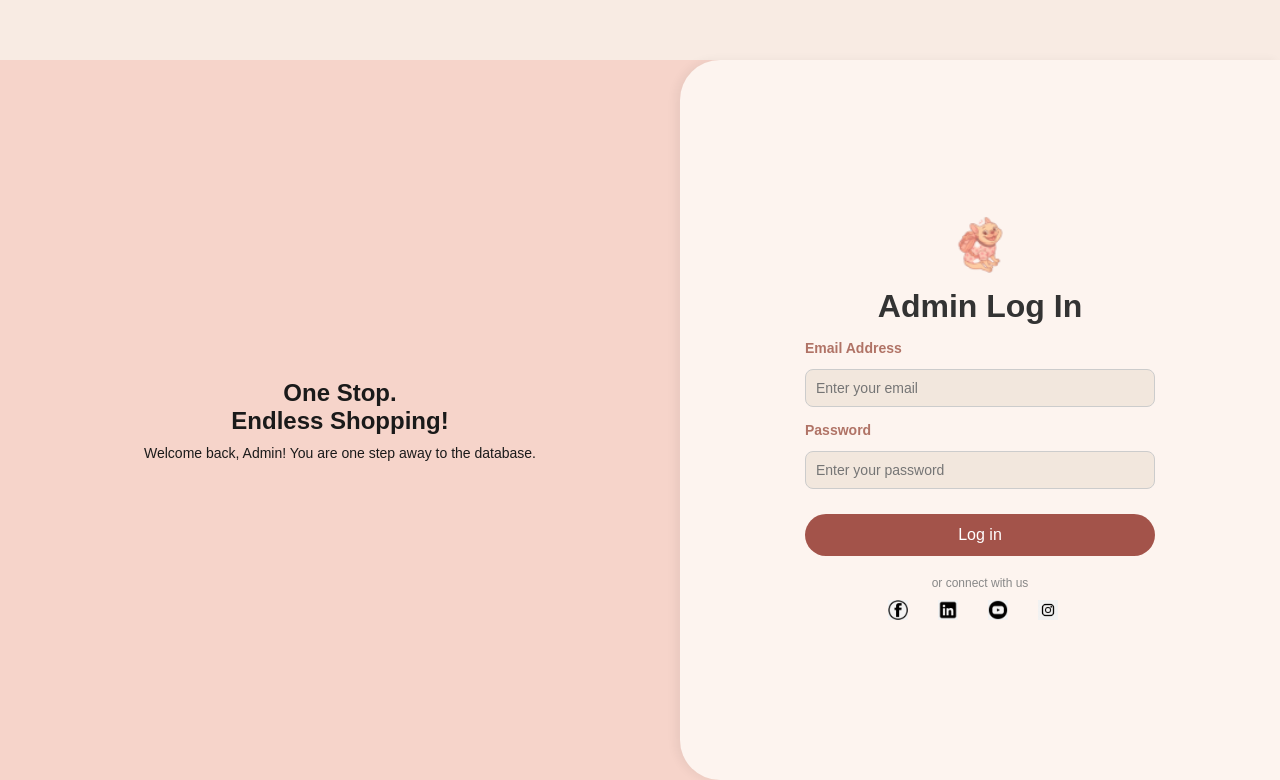
Repository: Yanayana-p/Bullgoods
Page: /adminlogin (app in Bullgoodiez/)
An editor plug-in stored every save of this project. The page is shown before and after the next save, followed by the edit.
The browser window is 1280 px wide. The pictures show the whole page.
Some web fonts or font styles are not loaded; a fallback is used. The project was rebuilt for these pictures with package versions that can differ from the ones it lists, and the page was loaded fresh each time. Also part of the build but not shown: Bullgoodiez/vite.config.js, Bullgoodiez/src/components/Navbar.css, Bullgoodiez/src/components/Navbar.jsx, Bullgoodiez/src/components/Home.jsx, Bullgoodiez/src/components/Developers.css, Bullgoodiez/src/components/Developers.jsx, Bullgoodiez/src/components/Mission1.css, Bullgoodiez/src/components/Mission1.jsx and 22 more.

Above is the page before, as saved 2025-05-18 22:31:11.

After the next save:
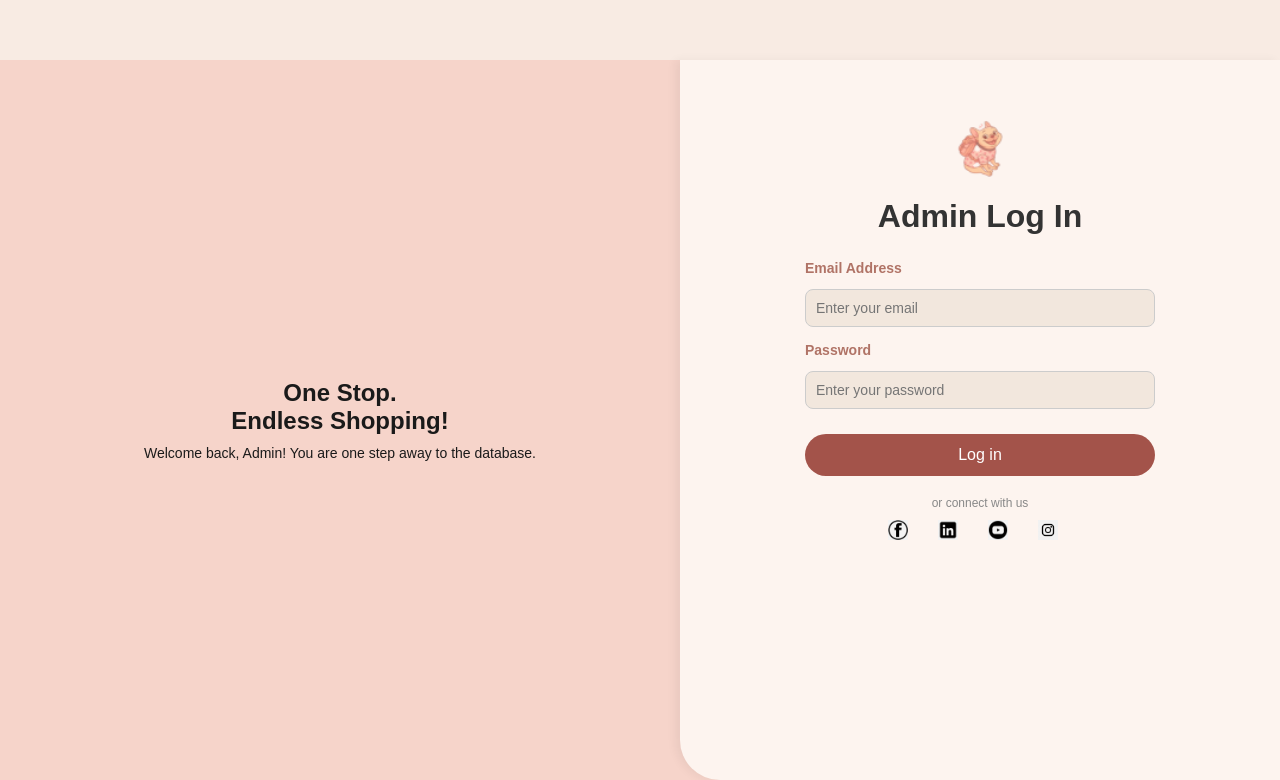
Saved 2 min 51 s later.
--- a/Bullgoodiez/src/adminlogin/alogin.css
+++ b/Bullgoodiez/src/adminlogin/alogin.css
@@ -3,6 +3,8 @@
   height: 100vh;
   background-color: #f6d4ca;
   font-family: 'Arial', sans-serif;
+  margin: 0;
+  padding: 0;
 }
 
 .admin-left-panel {
@@ -28,19 +30,24 @@
 .admin-right-wrapper {
   flex: 1;
   display: flex;
-  align-items: center;
+  align-items: flex-start; /* Align to top */
   justify-content: center;
-  background-color: #fdf4ef;
-  border-top-left-radius: 40px;
-  border-bottom-left-radius: 40px;
-  box-shadow: -5px 0 10px rgba(0, 0, 0, 0.05);
+  background-color: transparent; /* No background here */
+  position: relative;
 }
 
 .admin-right-panel {
-  background: none;
-  width: 80%;
-  max-width: 350px;
-  text-align: center;
+  margin-top: 0;
+  background-color: #fdf4ef;
+  border-bottom-left-radius: 40px; /* Rounded only at bottom */
+  height: 100%;
+  width: 100%;
+  max-width: 600px;
+  padding: 60px 40px;
+  box-shadow: -5px 0 10px rgba(0, 0, 0, 0.05);
+  display: flex;
+  flex-direction: column;
+  align-items: center;
 }
 
 .logo {
@@ -48,10 +55,16 @@
   margin-bottom: 10px;
 }
 
+h1 {
+  margin: 10px 0;
+}
+
 .login-form {
+  width: 100%;
   display: flex;
   flex-direction: column;
   text-align: left;
+  max-width: 350px;
 }
 
 .login-form label {
